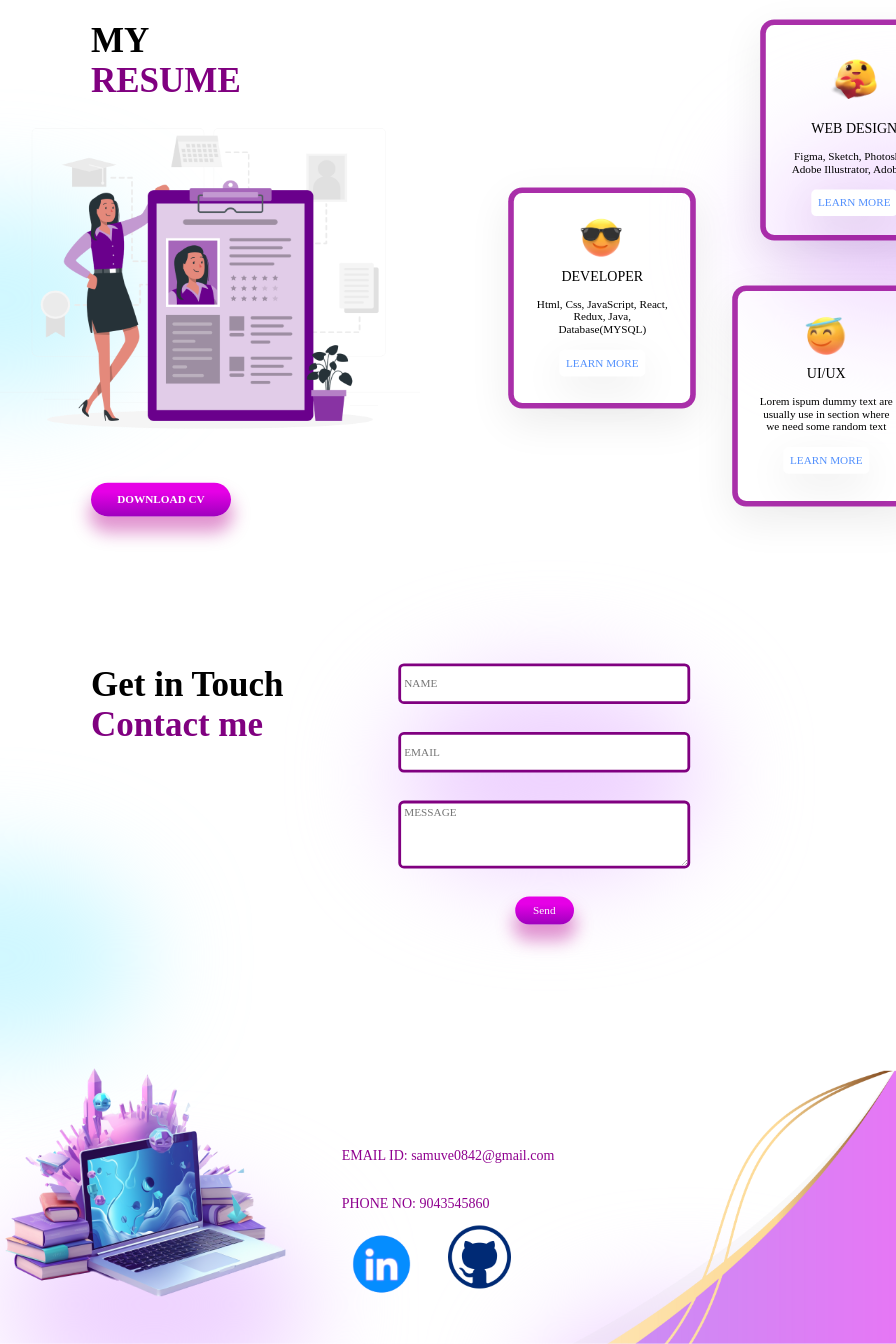
Repository: glorysandy/Protfolio
Page: /
The author's editor kept a copy of each file at every save. The page is drawn from the files as they stood at one save, then again after a run of saves.
The browser window is 1280 px wide. The pictures show the part of the page from y = 3384 to 5304 px (the page is 5304 px tall), at 70% of full size.
Some web fonts or font styles are not loaded; a fallback is used. The project was rebuilt for these pictures with package versions that can differ from the ones it lists, and the page was loaded fresh each time. Imported but missing from the stored project, and not drawn on this page: src/components/Services/SANDHIYA.P (RESUME).pdf.

Above is the page before, as saved 2024-10-17 00:28:58.

### public/index.html
<!DOCTYPE html>
<html lang="en">
  <head>
    <meta charset="utf-8" />
    <link rel="icon" href="%PUBLIC_URL%/favicon.ico" />
    <meta name="viewport" content="width=device-width, initial-scale=1" />
    <meta name="theme-color" content="#000000" />
    <meta
      name="description"
      content="Web site created using create-react-app"
    />
    <style>
      @font-face{
        font-family: Gumela;
        src:url('../src/fonts/*');
      }
      *{
        font-family: 'Gumela';
        font-weight:normal ;
        font-size: 20px;

      }
      body{
        margin: 0;
      }
    </style>
    <link rel="apple-touch-icon" href="%PUBLIC_URL%/logo192.png" />
    <!--
      manifest.json provides metadata used when your web app is installed on a
      user's mobile device or desktop. See https://developers.google.com/web/fundamentals/web-app-manifest/
    -->
    <link rel="manifest" href="%PUBLIC_URL%/manifest.json" />
    <!--
      Notice the use of %PUBLIC_URL% in the tags above.
      It will be replaced with the URL of the `public` folder during the build.
      Only files inside the `public` folder can be referenced from the HTML.

      Unlike "/favicon.ico" or "favicon.ico", "%PUBLIC_URL%/favicon.ico" will
      work correctly both with client-side routing and a non-root public URL.
      Learn how to configure a non-root public URL by running `npm run build`.
    -->
    <title>React App</title>
  </head>
  <body>
    <noscript>You need to enable JavaScript to run this app.</noscript>
    <div id="root"></div>
    <!--
      This HTML file is a template.
      If you open it directly in the browser, you will see an empty page.

      You can add webfonts, meta tags, or analytics to this file.
      The build step will place the bundled scripts into the <body> tag.

      To begin the development, run `npm start` or `yarn start`.
      To create a production bundle, use `npm run build` or `yarn build`.
    -->
  </body>
</html>

### src/components/Navbar/Navbar.jsx
import React from "react";
import Toggle from "../Toggle/Toggle";
import "./Navbar.css";
import { Link } from "react-scroll";
const navbar = () => {
  return (
    <div className="n-wrapper" id="Navbar">
      {/* left */}
      <div className="n-left">
        <div className="n-name">MODE</div>
        <Toggle />
      </div>
      {/* right */}
      <div className="n-right">
        <div className="n-list">
          <ul style={{ listStyleType: "none" }}>
            <li>
              <Link activeClass="active" to="Navbar" spy={true} smooth={true}>
                HOME
              </Link>
            </li>
            <li>
              <Link to="testimonial" spy={true} smooth={true}>
                ABOUT
              </Link>
            </li>
            <li>
              <Link to="works" spy={true} smooth={true}>
                SKILLS
              </Link>
            </li>
            <li>
              <Link to="portfolio" spy={true} smooth={true}>
                PROJECTS
              </Link>
            </li>
            <li>
              <Link to=" services" spy={true} smooth={true}>
                RESUME
              </Link>
            </li>
          </ul>
        </div>
        <Link to="contact" spy={true} smooth={true}>
        <button className="button n-button">CONTACT</button>
        </Link>
      </div>
    </div>
  );
};

export default navbar;

### src/components/Experience/Experience.jsx
import React, { useContext } from "react";
import { themeContext } from "../../Context";
import "./Experience.css";
const Experience = () => {
  const theme = useContext(themeContext);
  const darkMode = theme.state.darkMode;

  return (
    <div className="experience" id='experience'>
      <div className="achievement">
        {/* darkMode */}
        <div className="circle" style={{color: darkMode?'var(--orange)':''}}>4+</div>
        <span  style={{color: darkMode?'white':''}}>months </span>
        <span>Experience</span>
      </div>
      <div className="achievement">
        <div className="circle" style={{color: darkMode?'var(--orange)':''}}>10+</div>
        <span  style={{color: darkMode?'white':''}}>completed </span>
        <span>Projects</span>
      </div>
    </div>
  );
};

export default Experience;

### src/components/Contact/Contact.jsx
import React, { useContext, useRef, useState } from "react";
import "./Contact.css";
import emailjs from '@emailjs/browser';
import { themeContext } from "../../Context";

const Contact = () => {
  const theme = useContext(themeContext);
  const darkMode = theme.state.darkMode;
  const form = useRef();
  const [done, setDone] = useState(false)
  const handleSubmit = (event) => {
    event.preventDefault();
    // Perform your form submission logic here...

    // Reset the form after submission
    if (form.current) {
      form.current.reset();
    }
  };
  const sendEmail = (e) => {
    e.preventDefault();

    emailjs
      .sendForm(
        "service_y60teja",
        "template_4kj4n7i",
        form.current,
        "ORKOyUiaYznGkr2zZ"
      )
      .then(
        (result) => {
          console.log(result.text);
          setDone(true);
          form.reset();
        },
        (error) => {
          console.log(error.text);
        }
      );
  };

  return (
    <div className="contact-form" id="contact">
      {/* left side copy and paste from work section */}

      <div className="w-left">
        <div className="awesome">
          {/* darkMode */}
          <span style={{color: darkMode?'white': ''}}>Get in Touch</span>
          <span style={{color:"purple"}}>Contact me</span>
          <div
            className="blur s-blur1"
            style={{ background: "#ABF1FF94" }}
          ></div>
        </div>
      </div>
      {/* right side form */}
      <div className="c-right">
      <form ref={form} onSubmit={sendEmail}>
          <input type="text" name="user_name" className="user"  placeholder="NAME"/>
          <input type="email" name="user_email" className="user" placeholder="EMAIL"/>
          <textarea name="message" className="user" placeholder="MESSAGE"/>
          <input type="submit" value="Send" className="button"/>
          <span className="c-t">{done && "Thanks for Contacting me"}</span>
          <div
            className="blur c-blur1"
            style={{ background: "var(--purple)" }}
          ></div>
        </form>

      </div>
      </div>

  );
};

export default Contact;

### src/components/Footer/Footer.jsx
import React from "react";
import "./Footer.css";
import Git from "../../img/git3.png";
import ins from "../../img/mylink.png";
import end from "../../img/end.png";
import wave2 from "../../img/AdobeStock_559187959 copy.png";
import { width } from "@fortawesome/free-brands-svg-icons/fa42Group";
const Footer = () => {

  const config ={
    social:{
      Github:'https://github.com/glorysandy',
      LinkedIn:'https://www.linkedin.com/in/sandhiya-parasuraman-822719298/',

    }
}


  return (
    <div className="footer">
     <img src={wave2} alt="" style={{ width: "100%", height: "80%",  marginTop:"-2vh"}} />

     <div className="blur t-blur1" style={{ background: "var(--purple)" }}></div>
      <div className="blur t-blur2" style={{ background: "var(--purple)" }}></div>
      <div className="f-content"  >
        <div>        <span > EMAIL ID: samuve0842@gmail.com</span> <br></br> <br></br> <br></br>
        <span>PHONE NO: 9043545860</span>
        </div>
        <div className="f-back"  >
       <img
          src={end}
          alt=""
        />
        </div>

        <div className="f-icons" >

          <a href={config.social.LinkedIn} ><img src={ins} alt="" /></a>
          <a href={config.social.Github}><img src={Git} alt=""/></a>
        </div>

      </div>
      </div>
  );
};

export default Footer;

### src/components/Toggle/Toggle.jsx
import React, { useContext } from "react";
import "./Toggle.css";
import Moon from "@iconscout/react-unicons/icons/uil-moon";
import Sun from "@iconscout/react-unicons/icons/uil-sun";
import { themeContext } from "../../Context";

const Toggle = () => {
  const theme = useContext(themeContext);
  const darkMode = theme.state.darkMode;
  const handleClick = () => {
    // debugger
    theme.dispatch({ type: "toggle" });
  };
  return (
    <div className="toggle" onClick={handleClick}>
      <Moon />
      <Sun />
      {/*                              toggle.css mein left ki property aik assign hy ussy delete
                                          krna hy pehly */}
      <div
        className="t-button"
        style={darkMode ? { left: "2px" } : { right: "2px" }}
      ></div>
    </div>
  );
};

export default Toggle;

### src/components/Navbar/Navbar.css
.n-wrapper {
  height: 10vh;
  display: flex;
  justify-content: space-between;
  margin-bottom: 2rem;
  top: 0;
}
.n-left {
  flex: 1;
  align-items: center;
  justify-content: left;
  display: flex;
  gap: 2rem;

}
.n-name {
  font-size: 1.3rem;
  font-weight: bold;
}
.n-right {
  flex: 1;
  display: flex;
  align-items: center;
  justify-content: flex-end;
  font-weight: 400;

}
.n-right :hover{
  color: rgb(165, 0, 137);


}
.n-list {
  flex: 10;
}
.n-list > ul {
  display: flex;
  gap: 2rem;
  margin-right: 4rem;
}

.n-list > ul :hover {
  color: var(--orange);
  cursor: pointer;


}

.n-button {
  flex: 2;

}

@media screen and (max-width: 480px) {
  .n-list {
    display: none;
  }
}

### src/components/Testimonials/Testimonial.css
.t-wrapper{
    padding:  0 3rem 0 3rem;;
    height: 100vh;
    display: flex;
    align-items: center;
    justify-content: center;
    margin-top: 7rem;
    flex-direction: column;
    gap: 2rem;
    position: relative;


}
.t-heading{
    align-self: start;

}
.t-heading>*{
    font-size: 2rem;
    font-weight: bold;

}
.t-heading span:nth-of-type(2){
    color: rgba(170, 0, 170, 0.733);
}
.head{
    margin-left: -90vh;
    margin-top: -1rem;
    font-size: 20vh;
    color: purple;
    font-weight: bold;
    display: none;
}
.t-blur1{
    left: 38rem;
    top: 16rem;
}
.t-blur2{
    top: 9rem;
    left: 0;
}
.t-back{
    display: flex;
    position: relative;
    width: 35rem;
    height:35rem;
    left:-115vh;
    top:-3rem;
}
.t-sen{
font-size:1.6rem;
}
.t-sen:hover{
cursor: pointer;
color: rgb(121, 1, 101);
box-shadow: 0 0 20px rgb(255, 53, 238);
padding: 0.7rem;
border-radius: 5px;
}
.dup{
    display: none;

}
.dup{
    cursor: pointer;
    color: rgb(121, 1, 101);
    box-shadow: 0 0 20px rgb(255, 53, 238);
    padding: 0.7rem;
    border-radius: 5px;

}
@media screen and (max-width: 480px) {

    .t-back{
        flex-direction: column;
        transform: scale(0.6);
        margin-left:  -115px;
        gap:5rem;
        height: 64rem;
        margin-top: -70vh;
        position: relative;
    }
    .head{
        margin-top: -300vh;
        display: flex;
        margin-left: -20px;
    font-size: 20rem;
    font-weight: bolder;
    }
    .dup  {

        display: flex;
        margin-top: 4vh;
        transform: scale(1.0);
        border: 5px solid purple;
        color: black;
        width: 65vh;
        justify-content: start;
    }
    .c-t{
        transform: scale(0.7);
        margin-top: -2rem;
    }
}

### src/components/Experience/Experience.css
.experience {
  display: flex;
  align-items: center;
  justify-content: center;
  gap: 5rem;
  height: 30vh;
  margin-bottom: 8rem;
  /* darkmode */
  color: var(--black);
  margin-top: 15vh;
}
.achievement{
    display: flex;
    flex-direction: column;
    align-items: center;
}
.circle {

    width: 4rem;
    height: 4rem;
    background: white;
    border-radius: 100%;
    position: relative;
    display: flex;
    align-items: center;
    justify-content: center;
    font-size: 1.5rem;
    font-weight: bold;
    margin-bottom: 2rem;
}
.circle::before {
    border-radius: 100%;
    content: '';
    background-image: linear-gradient(to bottom, #87e6fb 0%, #ffc05c 100%);
    top: -8px;
    left: -8px;
    bottom: -8px;
    right: -8px;
    position: absolute;
    z-index:-1;
    box-shadow: var(--boxShadow);
}

.achievement span:nth-of-type(2){
    color: var(--orange);
}


@media screen and (max-width: 480px) {
    .experience{
        transform: scale(0.7);
        margin-top: 7rem;
    }
}

### src/components/Portfolio/Portfolio.css
.portfolio {
  display: flex;
  align-items: center;
  justify-content: center;
  flex-direction: column;
  height: 70vh;
margin-top: 3rem;;
}
/* heading */
.portfolio span:nth-of-type(1) {
  color: var(--black);
  font-size: 2rem;
  font-weight: bold;
}

.portfolio span:nth-of-type(2) {
  color: purple;
  font-size: 2.5rem;
  font-weight: bold;
}

/* slider */
.portfolio .swiper{
    overflow: visible!important;
}

.portfolio-slider {
  margin-top: 6rem;
  width: 100%;
}

.portfolio-slider .swiper-slide {
  width: 20rem;
}
.portfolio img {
  width: 19rem;
  filter: drop-shadow(-12px 15px 13px rgba(0, 0, 0, 0.25));
  border-radius: 19px;
}
.slide{
  cursor: pointer;
  background-color: rgb(1, 12, 22);
}
.s-blur2 {
  left: 14rem;
  top: 8rem;
}

.s-blur1 {
  top: 13rem;
  left: -18rem;
}

### src/components/Services/Services.css
.services {
  padding: 0 3rem 0 3rem;
  display: flex;
  height: 30rem;
  margin-bottom: 8rem;
  margin-top: 5rem;
  margin-bottom: 13rem;
  /* scroll view */
  padding-top: 3rem;
}
/* left side */
.awesome {
  display: flex;
  flex-direction: column;
  position: relative;
  /* gap: 20px; */
}

.awesome > :nth-child(1) {
  color: var(--black);
  font-size: 2.5rem;
  font-weight: bold;
}
.awesome > :nth-child(2) {
  color: purple;
  font-size: 2.5rem;
  font-weight: bold;
}
.awesome > :nth-child(3) {
  color: var(--gray);
  font-size: 14px;
  margin-top: 1rem;
}
.s-back{
  display: flex;
  position: relative;
  height: 80vh;
  width: 80vh;
  margin-left: -130px;
  margin-top: -3rem;
}

.s-button {
  width: 10rem;
  height: 2.4rem;
  margin-top: -0.3rem;
font-weight: 600;
}
/* right sided */
.cards {
  position: relative;
  left: 32vh;
}
.cards > * {
  position: absolute;
}

/* blur */
.s-blur2 {
  left: 14rem;
  top: 8rem;
}

.s-blur1 {
  top: 13rem;
  left: -18rem;
}

@media screen and (max-width: 480px) {
  .services {
    margin-top: 4rem;
    flex-direction: column;
    gap: 5rem;
    height: 66rem;
    padding: 2px;
  }
.s-back{
  transform: scale(0.8);
  padding: 1rem;
}
  .cards {
    display: flex;
    flex-direction: column;
    gap: 17rem;
  }
  .cards > * {
    position: static;
  }
  .s-button{
    justify-content: center;
    margin-left: 4rem;
  }
}

### src/components/Contact/Contact.css
.contact-form{
    padding: 0 3rem 0 3rem;
    display: flex;
    height: 80vh;
    margin-top: 1rem;
      /* scroll */
  padding-top: 3rem;
}


.c-right{
    display: flex;
    justify-content: center;
    position: relative;
    flex: 1;
}

.c-right>form
{
    display: flex;
    flex-direction: column;
    gap: 2rem;
    align-items: center;

}

.c-right .user{
    width: 20rem;
    height: 2rem;
    padding: 0.3em;
    outline: none;
    border: 4px solid purple;
    border-radius: 8px;
    font-size: 16px;

}

.user:hover{
    border: 4px solid purple ;
    background-color: rgb(245, 194, 255);
    box-shadow: 0 0 20px rgb(255, 170, 248);
cursor: pointer;
}
textarea{
    height: 4rem!important;
}

.c-blur1{
    top: 1rem;
    left: 8rem;
}

@media screen and (max-width: 480px) {
    .contact-form{
        padding: 1rem;
        flex-direction: column;
        gap: 5rem;
        height: 40rem;
        margin-top: 20rem;
    }
    .c-right .user{
        width: 16rem;
    }

}

### src/components/Footer/Footer.css
.footer {
  display: flex;
  align-items: center;
  margin: -0.5rem -3.5rem;
  position: relative;
  margin-top: 1rem;

}

.f-content {
  position: absolute;
  display: flex;
  align-items: center;
  justify-content: center;
  flex-direction: column;
  width: 100%;
  margin-top: 2rem;
  gap: 4rem;
  color: rgb(143, 0, 143);
  font-weight: 700;
  font-size: 10rem;
}
.f-ip{
  display: flex;
  position: relative;
  width: 5rem;
  height:5rem;

}
.f-icons {
  display: flex;
  gap: 2rem;
  margin-top: -3rem;
  margin-left: -60px;
}
.f-icons:hover{
color:rgb(254, 255, 176);
cursor: pointer;
}
.f-back{
  position: absolute;
  margin-left: -120vh;
  margin-top: -6rem;
}
@media screen and (max-width: 480px){
  .footer{
    margin-top: -8rem;
  }
  .f-content{
    transform: scale(.5);
    margin-left: 20px;
    margin-top: -0.5rem;


  }
  .f-back{
    transform: scale(0.65);
   margin-left: -570px;
  }
}

### src/components/Toggle/Toggle.css
.toggle{
    display: flex;
    justify-content:space-between;
    border: 3px solid var(--purple);
    border-radius: 1rem;
    position: relative;
    padding: 2px;
    cursor: pointer;

}
.toggle>*{
    width: 1rem;
    height: 1rem;
    color: purple;
}
.t-button{
    border-radius: 100%;
    background: var(--purple );
    position: absolute;
}
.t-button:hover{
    background: linear-gradient(180deg, #e600e6 26.71%, #9f00be 99.36%);
    box-shadow: 0px 20px 24px 3px rgba(184, 0, 144, 0.42);

}

### src/components/Card/Card.css
.card {
  width: 10rem;
  height: 13rem;
  position: absolute;
  display: flex;
  flex-direction: column;
  gap: 1rem;
  align-items: center;
  width: 10rem;
  text-align: center;
  background: rgba(255, 255, 255, 0.26);
  border: 8px solid rgba(150, 0, 150, 0.815);
  box-shadow: var(--boxShadow);
  border-radius: 20px;
  padding: 0px 26px 2rem 26px;
}
.card span:nth-of-type(2) {
  color: var(--gray);
  font-size: 16px;
}
.card > img {
  transform: scale(0.6);
  margin-bottom: -2rem;
}
.c-button {
    background: #FFFFFF;
    box-shadow: 0px 19px 60px rgba(0, 0, 0, 0.08);
    border-radius: 7px;
    border: none;
    padding: 10px;
    font-size: 16px;
    color: #5290FD;
}

.c-button:hover{
    transform: scale(1.1);
    cursor: pointer;
}
/* cards */




@media screen and (max-width: 480px){
  .card{
    width: 240px;
    margin-left: -140px;
    justify-content: center;
    padding: 1 rem;
  }
}

Loaded but not shown: src/index.js (common file); src/App.js (common file); src/Context.js (common file); src/App.css (common file); src/components/FloatingDiv/FloatingDiv.jsx (common file); src/components/Card/Card.jsx (common file); src/components/FloatingDiv/FloatingDiv.css (common file); src/components/Intro/Intro.jsx (109 lines, source omitted); src/components/Works/Works.jsx (95 lines, source omitted); src/components/Services/Services.jsx (95 lines, source omitted); src/components/Testimonials/Testimonial.jsx (42 lines, source omitted); src/components/Works/Works.css (150 lines, source omitted); src/components/Intro/Intro.css (129 lines, source omitted); src/components/Portfolio/Portfolio.jsx (69 lines, source omitted)

After the next 2 saves:
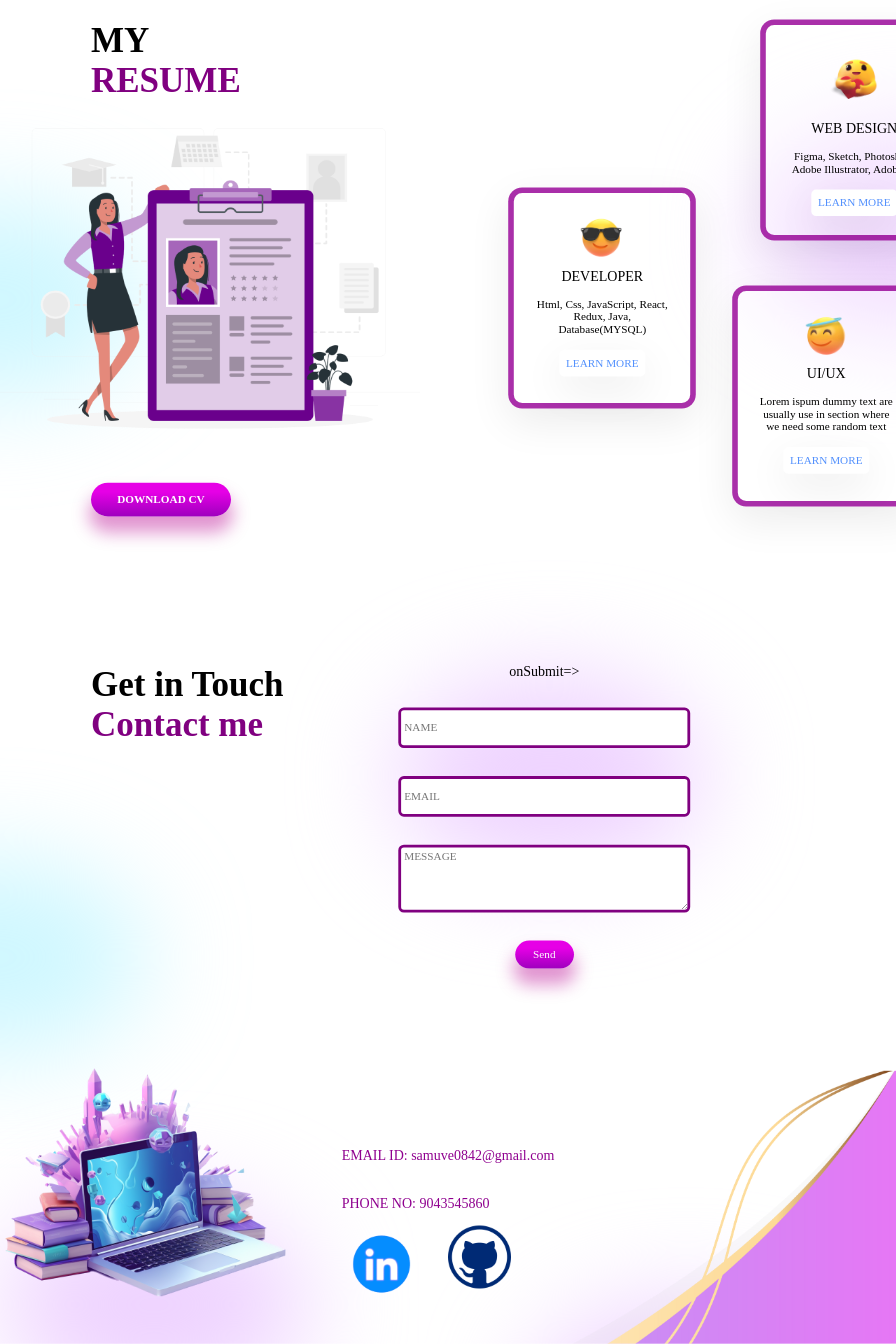
The 2 saves are shown as one change because they came seconds apart.
The last was saved 82 s later.
--- a/src/components/Contact/Contact.jsx
+++ b/src/components/Contact/Contact.jsx
@@ -56,7 +56,7 @@
       </div>
       {/* right side form */}
       <div className="c-right">
-      <form ref={form} onSubmit={sendEmail}>
+      <form ref={form}  onSubmit={handleSubmit}> onSubmit={sendEmail}>
           <input type="text" name="user_name" className="user"  placeholder="NAME"/>
           <input type="email" name="user_email" className="user" placeholder="EMAIL"/>
           <textarea name="message" className="user" placeholder="MESSAGE"/>

After the save that followed:
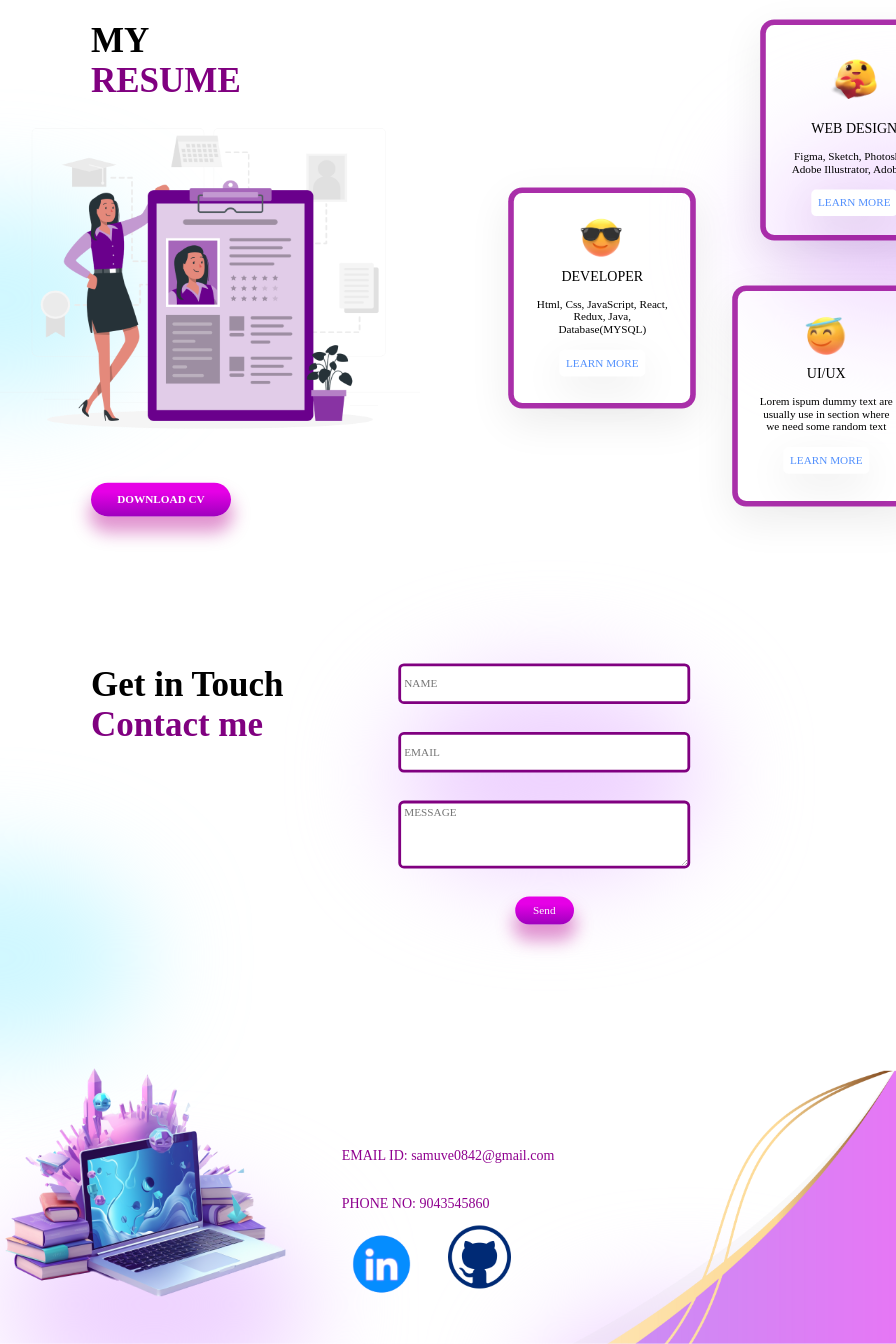
Saved 9 s later.
--- a/src/components/Contact/Contact.jsx
+++ b/src/components/Contact/Contact.jsx
@@ -56,7 +56,7 @@
       </div>
       {/* right side form */}
       <div className="c-right">
-      <form ref={form}  onSubmit={handleSubmit}> onSubmit={sendEmail}>
+      <form ref={form}  onSubmit={handleSubmit} onSubmit={sendEmail}>
           <input type="text" name="user_name" className="user"  placeholder="NAME"/>
           <input type="email" name="user_email" className="user" placeholder="EMAIL"/>
           <textarea name="message" className="user" placeholder="MESSAGE"/>
